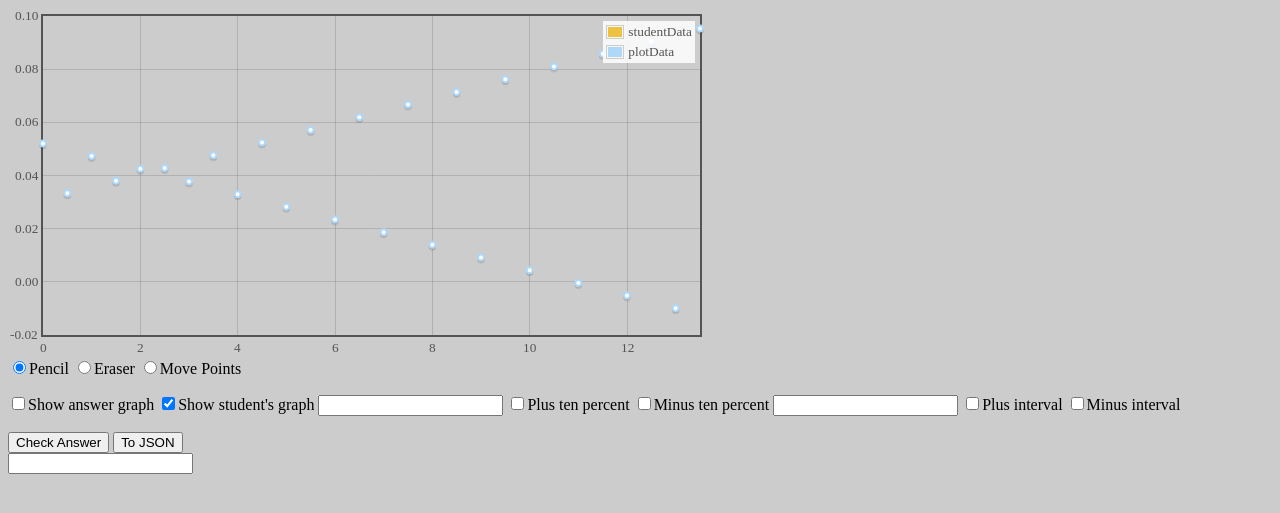
Repository: danmartelly/601autogradeGraphs
Page: flotSketching/test.html
The author's editor kept a copy of each file at every save. The page is drawn from the files as they stood at one save, then again after the next save.
The browser window is 1280 px wide. The pictures show the whole page.

Above is the page before, as saved 2014-01-30 17:33:29.

After the next save:
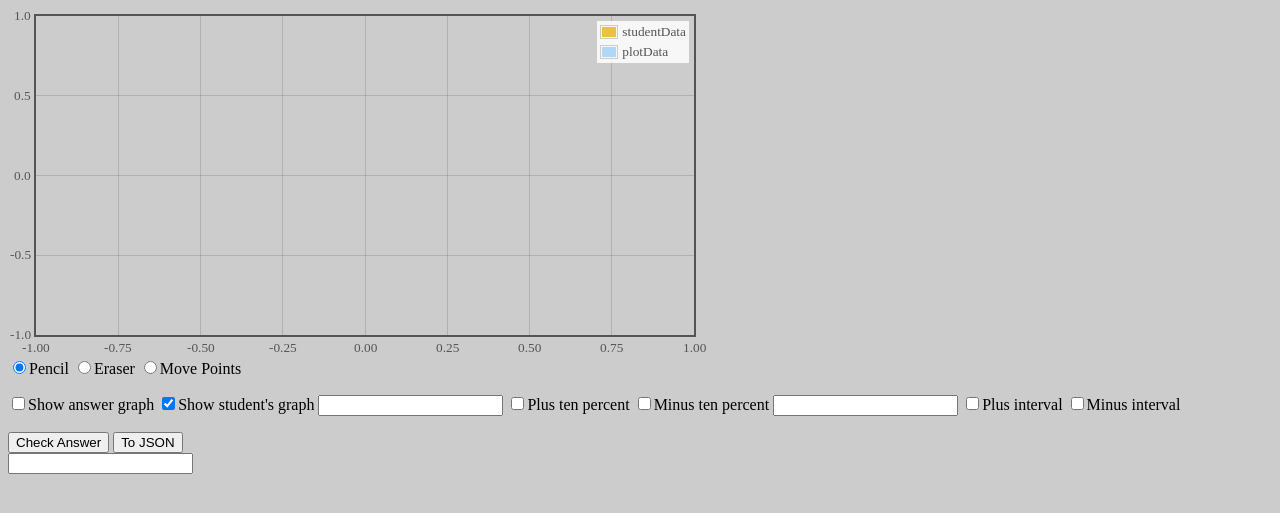
Saved 12 s later.
--- a/flotSketching/test.js
+++ b/flotSketching/test.js
@@ -22,7 +22,7 @@ $(function() {
 	};
 
 	for (var i = 0; i < 14; i += 0.5) {
-		plotData.data.push([i, genericSin(i, 2.15452795, 0.99964759, 0.99957028, 0.04148915)]);
+//		plotData.data.push([i, genericSin(i, 2.15452795, 0.99964759, 0.99957028, 0.04148915)]);
 	}
 
 	var studentData = {
